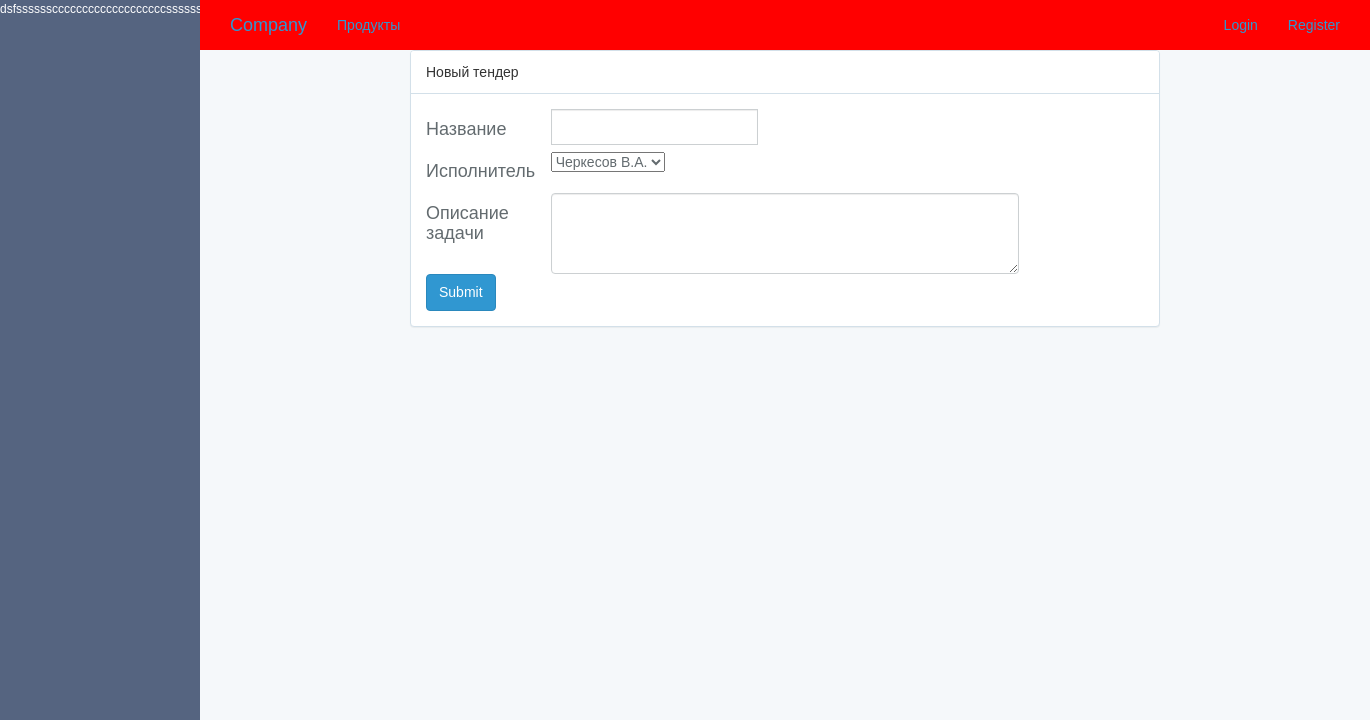
Repository: blackjack043/laravel-crud
Page: resources/views/page2.blade.php
An editor plug-in stored every save of this project. The page is shown before and after the next save, followed by the edit.
The browser window is 1280 px wide. The page is 1370 px wide, so the pictures cover 1370 px, including what lies to the right of the window. The pictures show the whole page.
Some web fonts or font styles are not loaded; a fallback is used. The page is served by the project's Laravel application, run on PHP 8.4 with Laravel 8. The template is opened directly, without the code that normally fills it, so the values that code supplies are empty.

Above is the page before, as saved 2022-03-06 21:22:14.

After the next save:
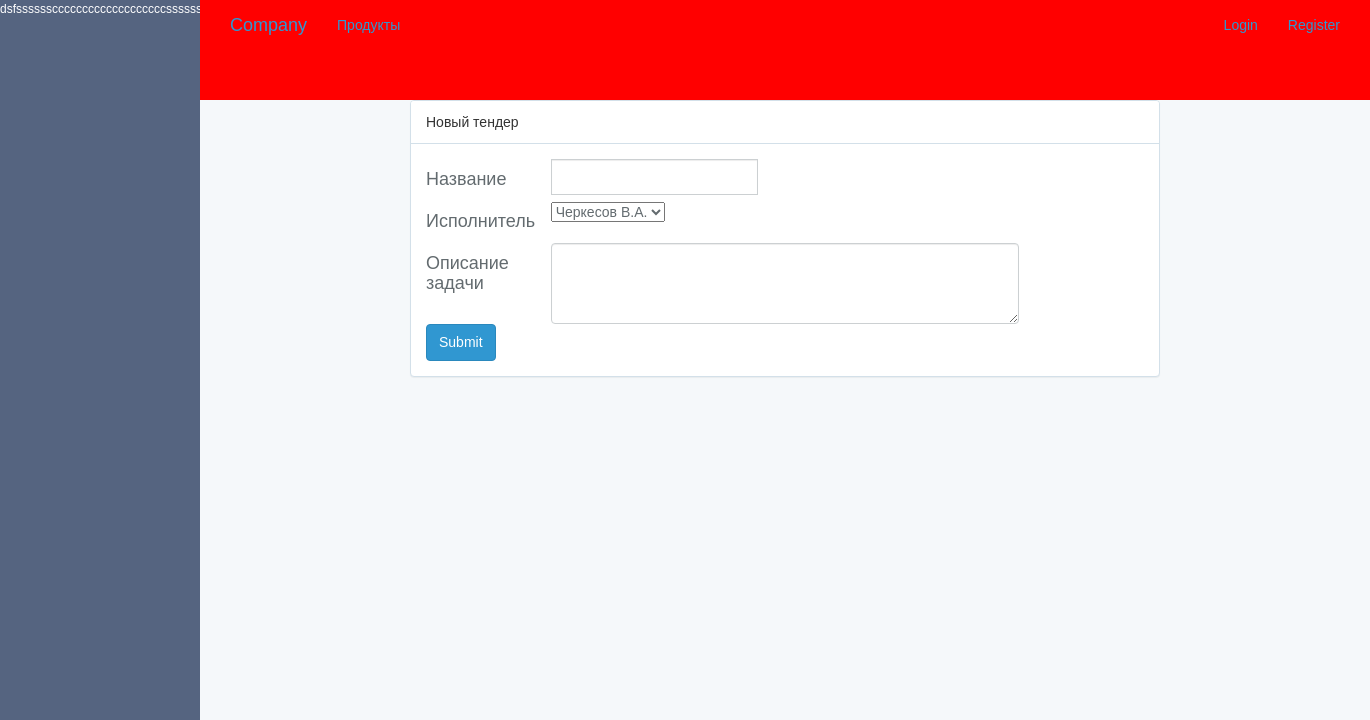
Saved 8 s later.
--- a/resources/views/layouts/app2.blade.php
+++ b/resources/views/layouts/app2.blade.php
@@ -24,7 +24,7 @@
     <div id="app" style="display: flex;">
         <div style="width:200px; height:100vh;background: #556480;color: white; font-size: 12px" >dsfsssssscccccccccccccccccccssssssaas</div>
         <div style="display:inline; ">
-        <nav class="" style="height: 50px; background: red">
+        <nav class="" style="height: 100px; background: red">
             <div class="container">
                 <div class="navbar-header">
 

After the save that followed:
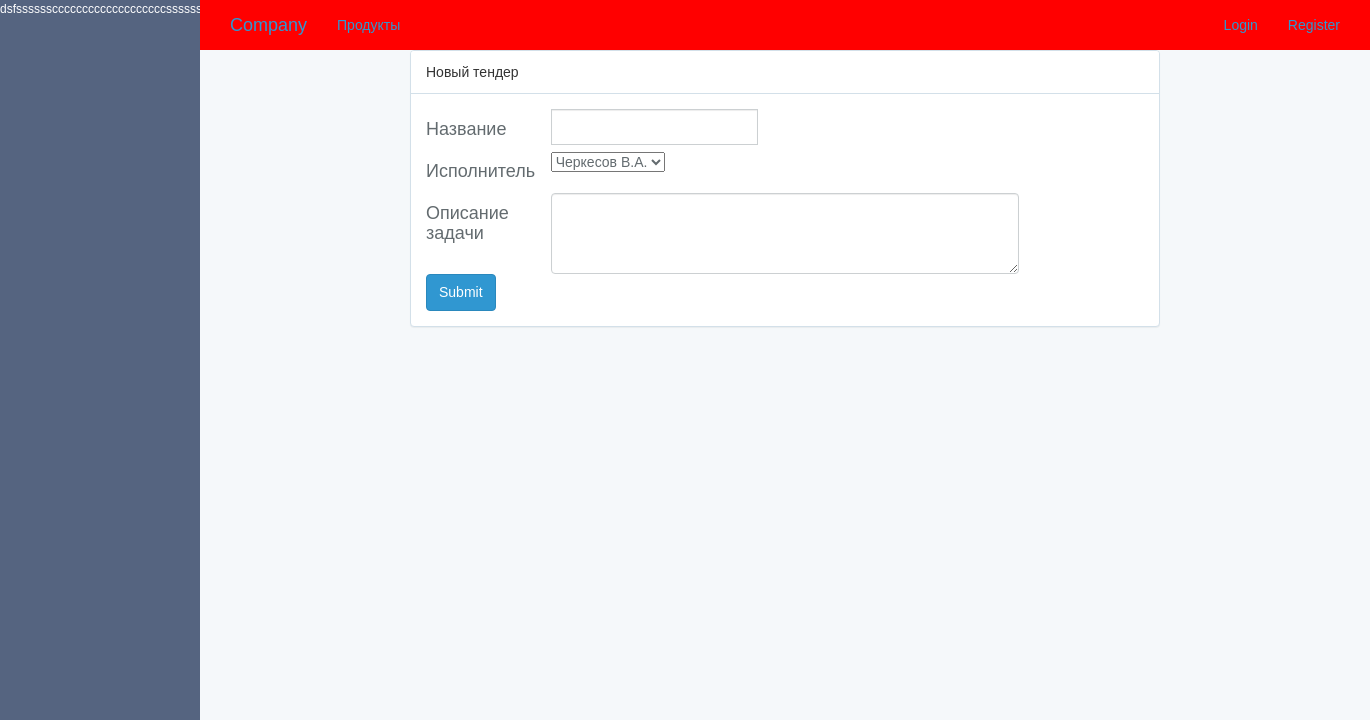
Saved 6 s later.
--- a/resources/views/layouts/app2.blade.php
+++ b/resources/views/layouts/app2.blade.php
@@ -24,7 +24,7 @@
     <div id="app" style="display: flex;">
         <div style="width:200px; height:100vh;background: #556480;color: white; font-size: 12px" >dsfsssssscccccccccccccccccccssssssaas</div>
         <div style="display:inline; ">
-        <nav class="" style="height: 100px; background: red">
+        <nav class="" style="height: 50px; background: red">
             <div class="container">
                 <div class="navbar-header">
 
